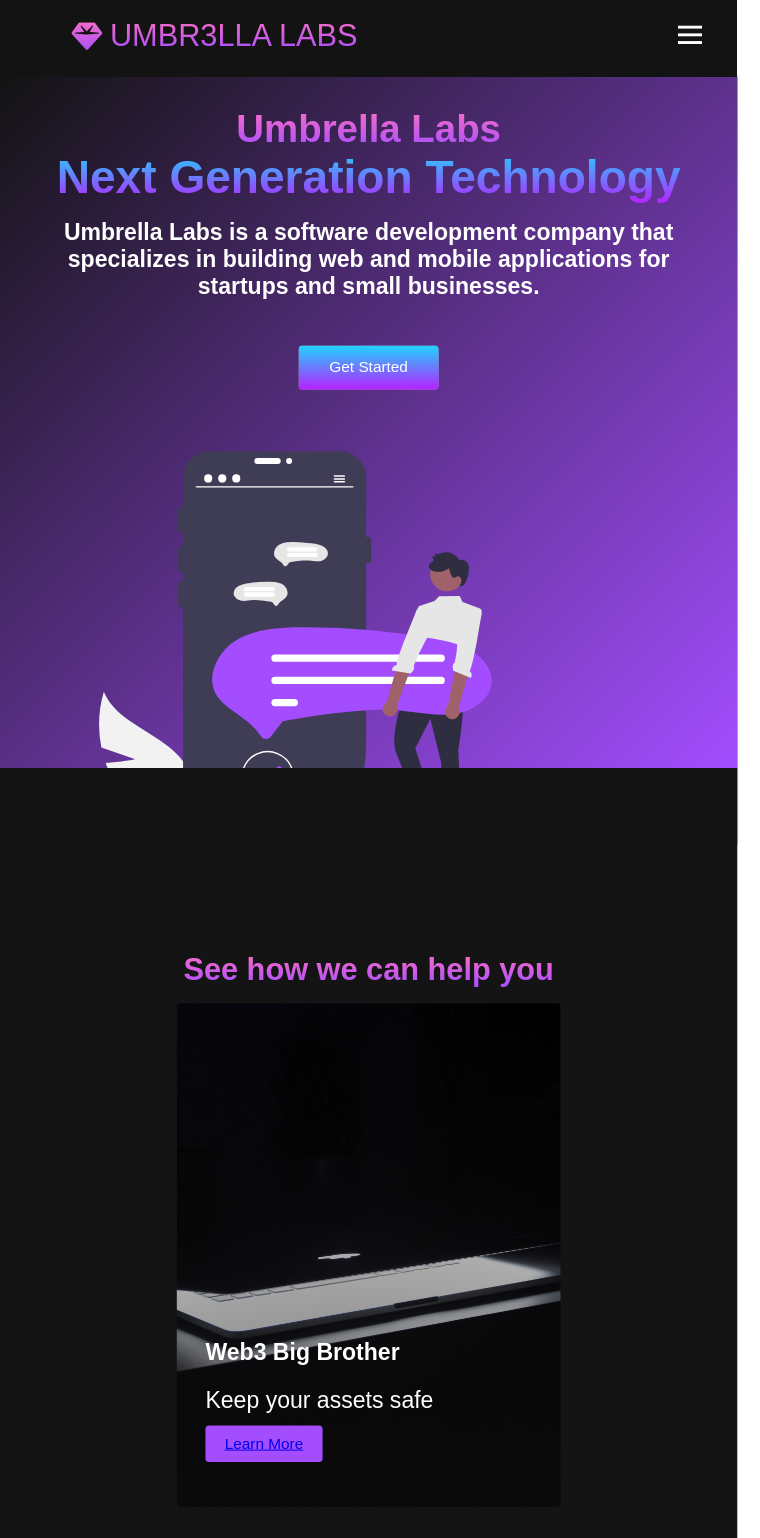
Repository: MikeeBuilds/umbr3lla
Page: index.html
The author's editor kept a copy of each file at every save. The page is drawn from the files as they stood at one save, then again after the next save.
The browser window is 768 px wide. The page is 792 px wide, so the pictures cover 792 px, including what lies to the right of the window. The pictures show the part of the page from y = 0 to 1602 px (the page is 2100 px tall), at 96% of full size.
Pictures or frames that could not be fetched are drawn as grey boxes. Some web fonts or font styles are not loaded; a fallback is used. Some web libraries are served in a nearby version.

Above is the page before, as saved 2023-05-27 21:10:44.

### index.html
<!DOCTYPE html>
<html lang="en">
  <head>
    <meta charset="UTF-8" />
    <meta http-equiv="X-UA-Compatible" content="IE=edge" />
    <meta name="viewport" content="width=device-width, initial-scale=1.0" />
    <title>Umbr3lla Labs</title>
    <link
      rel="stylesheet"
      href="https://cdnjs.cloudflare.com/ajax/libs/font-awesome/5.15.3/css/all.min.css"
    />

    <link rel="stylesheet" href="styles.css" />
    <script src="https://kit.fontawesome.com/f8f61e487a.js" crossorigin="anonymous"></script>
    <link rel="stylesheet" href="https://fonts.goggleapis.com/css2?family=Kumbh+Sans:wght@400;700&display=swap">
  </head>
  <body>
    <!-- Navbar Section -->
    <nav class="navbar">
      <div class="navbar__container">
        <a href="/" id="navbar__logo">

          <i class="fas fa-gem "></i>  UMBR3LLA LABS</a>
        <div class="navbar__toggle" id="mobile-menu">
          <span class="bar"></span>
          <span class="bar"></span>
          <span class="bar"></span>
        </div>

        <ul class="navbar__menu">
          <li class="navbar__item">
            <a href="/" class="navbar__links"> Home </a>
          </li>
          <li class="navbar__item">
            <a href="/tech.html" class="navbar__links"> Tech </a>
          </li>
          <li class="navbar__item">
            <a href="/" class="navbar__links"> Products </a>
          </li>
          <li class="navbar__btn">
            <a href="/" class="button"> Sign Up </a>
          </li>
        </ul>
      </div>
    </nav>

    <!-- Hero Section -->
    <div class="main">
        <div class="main__container">
            <div class="main__content">
                <h1>Umbrella Labs</h1>
                <h2>
                    Next Generation Technology
                </h2>
                <p>Umbrella Labs is a software development company that specializes in building web and mobile applications for startups and small businesses.</p>
                <button class="main__btn"><a href="/">Get Started</a></button>
            </div>
            <div class="main__img--container">
                <img src="images/pic1.svg" alt="pic" id="main__img">
        </div>
    </div>

    <!-- Services Section -->
    <div class="services">
        <h1>See how we can help you</h1>
        <div class="services__container">
            <div class="services__card">
                <h2>Web3 Big Brother</h2>
                <p>
                    Keep your assets safe
                </p>
                <button class="services__btn"><a href="/">Learn More</a></button>
            </div>
            <div class="services__card">
                <h2>
                    Need
                    <br/>
                    a developer?

                </h2>
                <p>
                    We can build your next project
                </p>
                <button class="services__btn"><a href="/">
                    Contact Us
                </a></button>
            </div>
        </div>
    </div>


    <script src="app.js"></script>
  </body>
</html>

### styles.css
* {
    box-sizing: border-box;
    margin: 0;
    padding: 0;
    font-family: 'Kumbh Sans', sans-serif;
}

.navbar {
    background: #131313;
    height: 80px;
    display: flex;
    justify-content: center;
    align-items: center;
    font-size: 1.2rem;
    position: sticky;
    top: 0;
    z-index: 999;
}

.navbar__container {
    display: flex;
    justify-content: space-between;
    height: 80px;
    z-index: 1;
    width: 100%;
    max-width: 1300px;
    margin: 0 auto;
    padding: 0 50px;
}

#navbar__logo {
    background-color: #ff8177;
    background-image: linear-gradient(to top,  #a34dff, #ff6ec4);
    background-size: 100%;
    -webkit-background-clip: text;
    -moz-background-clip: text;
    -webkit-text-fill-color: transparent;
    -moz-text-fill-color: transparent;
    display: flex;
    align-items: center;
    cursor: pointer;
    text-decoration: none;
    font-size: 2rem;
}

.fa-gem {
    margin-right: 0.5rem;
}

.navbar__menu {
    display: flex;
    align-items: center;
    list-style: none;
    text-align: center;
}

.navbar__item {
    height: 80px;
}

.navbar__links {
    color: #fff;
    display: flex;
    align-items: center;
    text-decoration: none;
    padding: 0.5rem 1rem;
    height: 100%;
}

.navbar__btn {
    display: flex;
    align-items: center;
    justify-content: center;
    padding: 0 1rem;
    width: 100%;
    height: 100%;
    border: none;
    outline: none;
}

.button {
    border-radius: 4px;
    background: linear-gradient(135deg, #a34dff, #ff6ec4);
    padding: 10px 22px;
    color: #fff;
    font-size: 16px;
    outline: none;
    border: none;
    cursor: pointer;
    transition: all 0.2s ease-in-out;
    text-decoration: none;
}

.button:hover {
    transition: all 0.2s ease-in-out;
    background: linear-gradient(135deg, #ff6ec4, #a34dff);
    color: #fff;
}

.navbar__links:hover {
    color: #ff6ec4;
    transition: all 0.3s ease;
}



@media screen and (max-width: 960px) {
    .navbar__container {
        display: flex;
        justify-content: space-between;
        height: 80px;
        z-index: 1;
        width: 100%;
        max-width: 1300px;
        padding: 0 24px;
    }


    .navbar__menu {
        display: grid;
        grid-template-columns: auto;
        margin: 16px 0;
        width: 100%;
        position: absolute;
        top: -1000px;
        opacity: 0;
        transition: all 0.5s ease;
        height: 50vh;
        z-index: 1;
    }

    .navbar__menu.active {
        background: #131313;
        top: 100%;
        opacity: 1;
        transition: all 0.5s ease;
        z-index: 1;
        height: 50vh;
        font-size: 1.6rem;
    }

    #navbar__logo {
        display: flex;
        justify-content: start;
        position: absolute;
        top: 0;
        left: 0;
        transform: translate(25%, 50%);
    }

    .navbar__toggle .bar {
        width: 25px;
        height: 3px;
        margin: 5px auto;
        transition: all 0.3s ease-in-out;
        background: #fff;
    }

    .navbar__item {
        width: 100%;
    }

    .navbar__links {
        text-align: center;
        padding: 2rem;
        width: 100%;
        display: table;
    }

    #mobile-menu {
        position: absolute;
        top: 20%;
        right: 5%;
        transform: translate(5%, 20%);
    }

    .navbar__btn {
        padding: 2rem;
    }

    .button {
        display: flex;
        justify-content: center;
        align-items: center;
        width: 80%;
        height: 80px;
        margin: 0;
    }

    .navbar__toggle .bar {
        display: block;
        cursor: pointer;
    }

    #mobile-menu.is-active .bar:nth-child(2) {
        opacity: 0;
    }

    #mobile-menu.is-active .bar:nth-child(1) {
        transform: translateY(8px) rotate(45deg);
    }

    #mobile-menu.is-active .bar:nth-child(3) {
        transform: translateY(-8px) rotate(-45deg);
    }


}

/* Hero Section CSS */

.main {
    background: #131313;
    height: 100vh;
    max-height: 1100px;
    position: relative;
}

.main__container {
    display: grid;
    grid-template-columns: 1fr 1fr;
    justify-self: center;
    margin: 0 auto;
    height: 90vh;
    align-items: center;
    background: linear-gradient(135deg, #131313 0%, #a34dff 100%);
    z-index: 1;
    width: 100%;
    max-width: 1300px;
    padding: 0 50px;
}


.main__content h1 {
    font-size: 4rem;
    background-color: #a34dff;
    background-image: linear-gradient(to top,  #a34dff, #ff6ec4);
    background-size: 100%;
    -webkit-background-clip: text;
    -moz-background-clip: text;
    -webkit-text-fill-color: transparent;
    -moz-text-fill-color: transparent;
}

.main__content h2 {
    font-size: 2rem;
    background-color: #a34dff;
    background-image: linear-gradient(to top,  #b721ff, #21d4fd);
    background-size: 100%;
    -webkit-background-clip: text;
    -moz-background-clip: text;
    -webkit-text-fill-color: transparent;
    -moz-text-fill-color: transparent;
}

.main__content p {
    margin: 1rem 0;
    font-size: 2rem;
    font-weight: 700;
    color: #fff;
}

.main__btn {
    font-size: 1rem;
    background-image: linear-gradient(to top, #b721ff 0%, #21d4fd 100%);
    padding: 14px 32px;
    border-radius: 4px;
    border: none;
    color: #fff;
    cursor: pointer;
    margin-top: 2rem;
    position: relative;
    transition: all 0.35s;
    outline: none;
}

.main__btn:hover {
    background-image: linear-gradient(to top, #21d4fd 0%, #b721ff 100%);
    transform: translateY(-2px);
    box-shadow: 0 10px 20px rgba(0, 0, 0, 0.2);
}

.main__btn a {
    position: relative;
    z-index: 2;
    color: #fff;
    text-decoration: none;
}

.main__btn::after {
    content: "";
    position: absolute;
    z-index: 1;
    top: 0;
    left: 0;
    width: 0%;
    height: 100%;
    background-image: linear-gradient(to top, #b721ff 0%, #21d4fd 100%);
    transition: all 0.35s;
    border-radius: 4px;
}

#main__img {
    height: 80%;
    width: 80%;
}

/* Mobile Responsive */

@media screen and (max-width: 768px) {
    .main__container {
        display: grid;
        grid-template-columns: auto;
        align-items: center;
        justify-self: center;
        margin: 0 auto;
        width: 100%;
        height: 90vh;
    }

    .main__content {
        margin-bottom: 4rem;
        text-align: center;
    }

    .main__content h1 {
        font-size: 2.5rem;
        margin-top: 2rem;
    }

    .main__content h2 {
        font-size: 3rem;
    }

    .main__content p {
        margin-top: 1rem;
        font-size: 1.5rem;
    }
}

@media screen and (max-width: 480px) {
    .main__content h1 {
        font-size: 2rem;
        margin-top: 3rem;
    }

    .main__content h2 {
        font-size: 2rem;
    }

    .main__content p {
        margin-top: 2rem;
        font-size: 1.5rem;
    }

    .main__btn {
        margin: 2.5rem 0;
        padding: 12px 36px;
    }
}

/* Services section css */

.services {
    background: #141414;
    display: flex;
    flex-direction: column;
    align-items: center;
    height: auto;
    max-height: 1300px;
    position: relative;
    overflow: hidden;
}

.services h1 {
    font-size: 3rem;
    background-color: #a34dff;
    background-image: linear-gradient(to top,  #a34dff, #ff6ec4);
    background-size: 100%;
    -webkit-background-clip: text;
    -moz-background-clip: text;
    -webkit-text-fill-color: transparent;
    -moz-text-fill-color: transparent;
}

.services__container {
    display: flex;
    justify-content: center;
    flex-wrap: wrap;
    margin: 0 auto;
    padding: 0 50px;
    width: 100%;
}

.services__card {
    margin: 1rem;
    height: 525px;
    width: 400px;
    border-radius: 4px;
    background-image: linear-gradient(to bottom, rgba(0,0,0,0) 0%, rgba(17,17,17,0.6) 100%), url('/images/pic3.jpg');
    background-size: cover;
    background-position: center;
    position: relative;
    color: #fff;
}

.services__card:nth-child(2) {
    background-image: linear-gradient(to bottom, rgba(0,0,0,0) 0%, rgba(17,17,17,0.6) 100%), url('/images/pic4.jpg');
}

.services h2 {
    position: absolute;
    top: 350px;
    left: 30px;
}

.services__card p {
    position: absolute;
    top: 400px;
    left: 30px;
    font-size: 1.5rem;
}

.services__card button {
    color: #fff;
    padding: 10px 20px;
    outline: none;
    border: none;
    border-radius: 4px;
    background: #a34dff;
    cursor: pointer;
    position: absolute;
    top: 440px;
    left: 30px;
    font-size: 1rem;
}

.services__card:hover {
    transform: scale(1.075);
    transition: all 0.35s;
    cursor: pointer;
}

@media screen and (max-width: 960px) {
    .services {
        height: 1600px;
    }

    .services h1 {
        font-size: 2rem;
        margin-top: 12rem;
    }
}

### app.js
const menu = document.querySelector('#mobile-menu')
const menuLinks = document.querySelector('.navbar__menu')

menu.addEventListener('click', function() {
    menu.classList.toggle('is-active')
    menuLinks.classList.toggle('active')
})

After the next save:
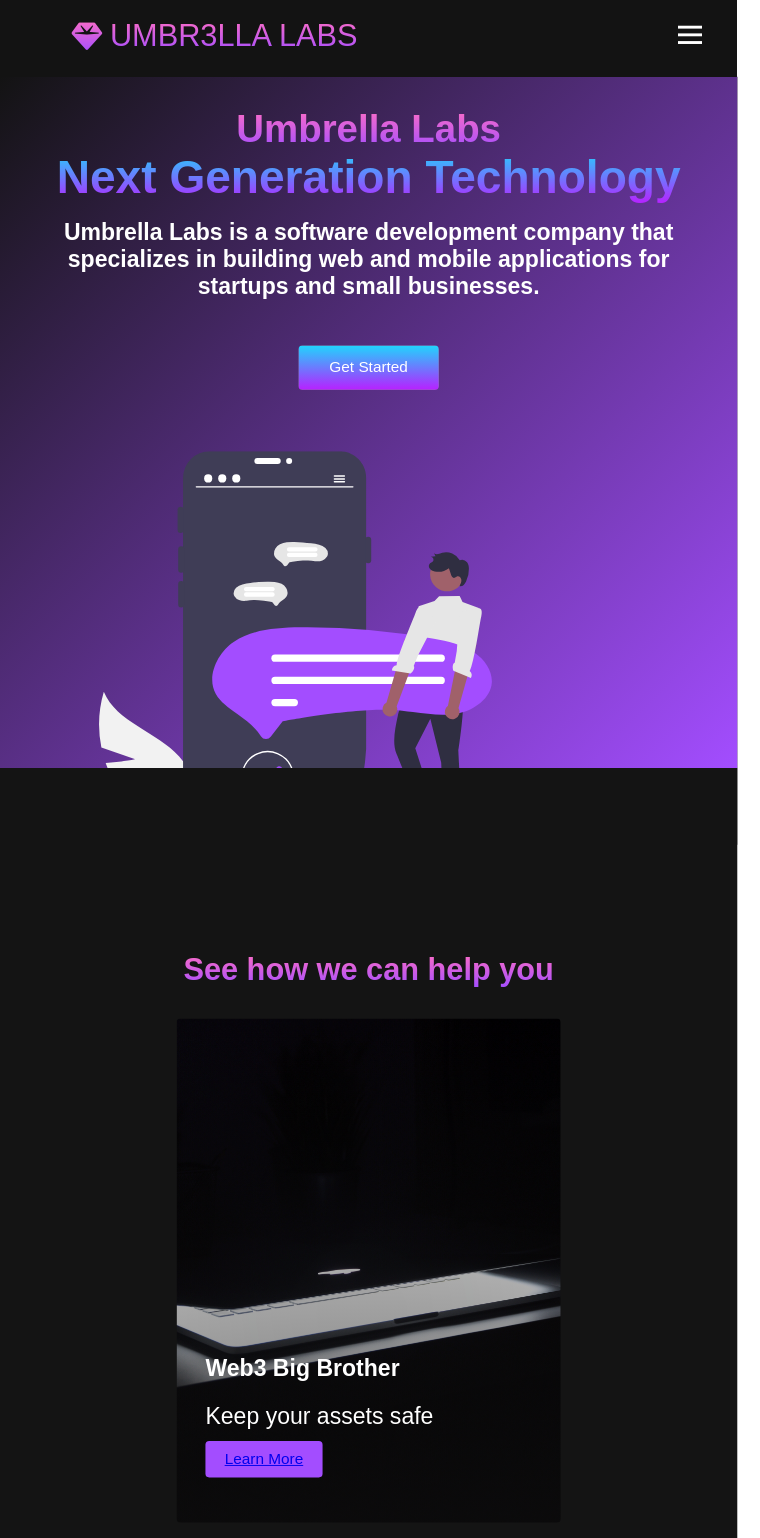
Saved 7 s later.
--- a/styles.css
+++ b/styles.css
@@ -451,3 +451,23 @@
         margin-top: 12rem;
     }
 }
+
+@media screen and (max-width: 768px) {
+    .services {
+        height: 1800px;
+    }
+
+    .services h1 {
+        font-size: 2rem;
+        margin-top: 12rem;
+    }
+
+    .services__container {
+        flex-direction: column;
+        align-items: center;
+    }
+
+    .services__card {
+        margin: 2rem 0;
+    }
+}

After the save that followed:
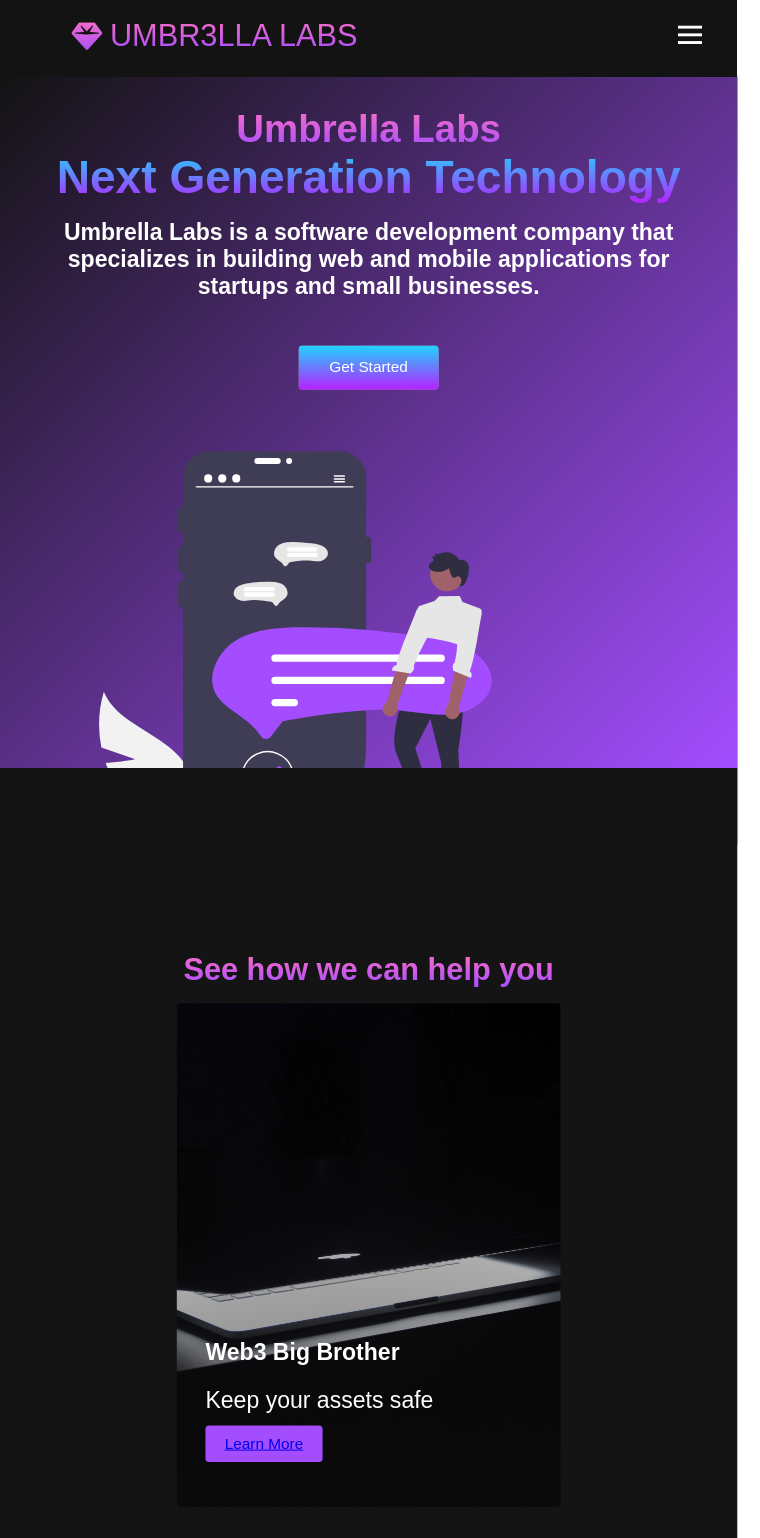
Saved 13 s later.
--- a/styles.css
+++ b/styles.css
@@ -451,23 +451,3 @@
         margin-top: 12rem;
     }
 }
-
-@media screen and (max-width: 768px) {
-    .services {
-        height: 1800px;
-    }
-
-    .services h1 {
-        font-size: 2rem;
-        margin-top: 12rem;
-    }
-
-    .services__container {
-        flex-direction: column;
-        align-items: center;
-    }
-
-    .services__card {
-        margin: 2rem 0;
-    }
-}
